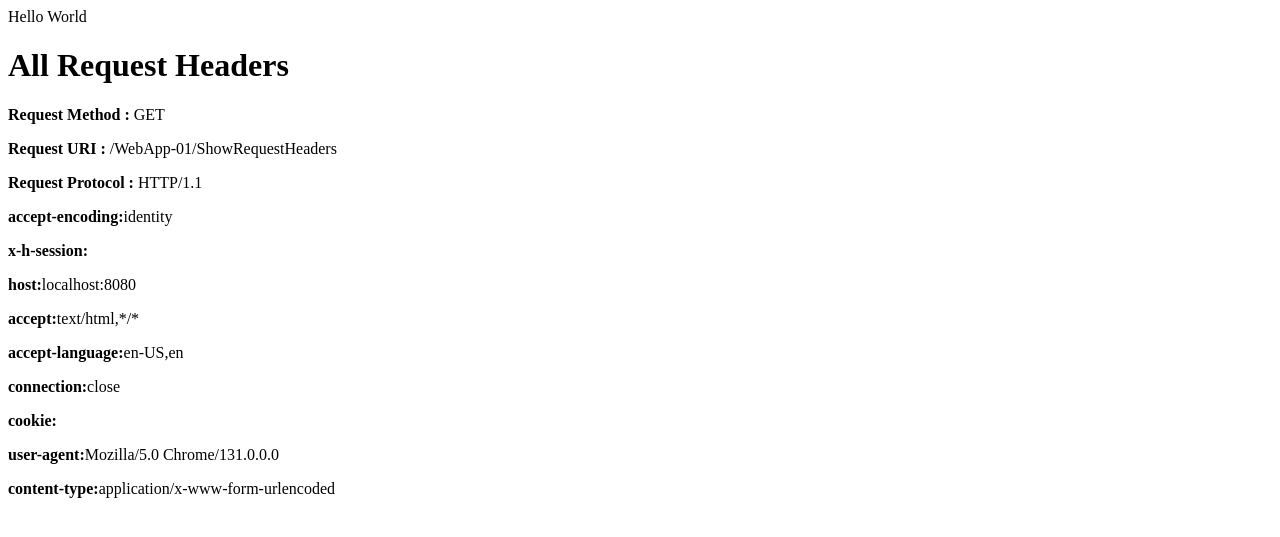
Repository: NazHaq/JavaDevelomentDemo
Page: http://localhost/WebApp-01/ShowRequestHeaders
An editor plug-in stored every save of this project. The page is shown before and after the next save, followed by the edit.
The browser window is 1280 px wide. The pictures show the whole page.
The page is served by Tomcat 9.

Above is the page before, as saved 2016-12-19 07:03:57.

After the next save:
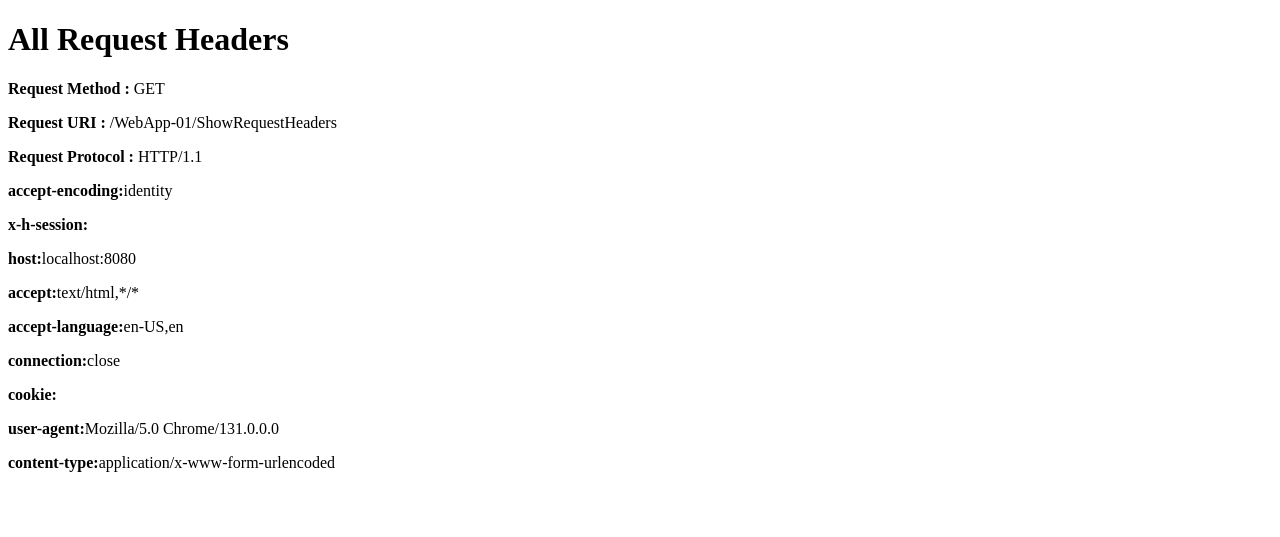
Saved 2 min 53 s later.
--- a/JavaWebPage/WebApp-01/src/webdevelopment/com/ShowRequestHeaders.java
+++ b/JavaWebPage/WebApp-01/src/webdevelopment/com/ShowRequestHeaders.java
@@ -34,7 +34,6 @@ public class ShowRequestHeaders extends HttpServlet {
 		// TODO Auto-generated method stub
 		response.setContentType("text/html");
 		PrintWriter out = response.getWriter();
-		out.println("Hello World");
 
 		out.println("<!Doctype HTML>");
 		out.println("<html>");
